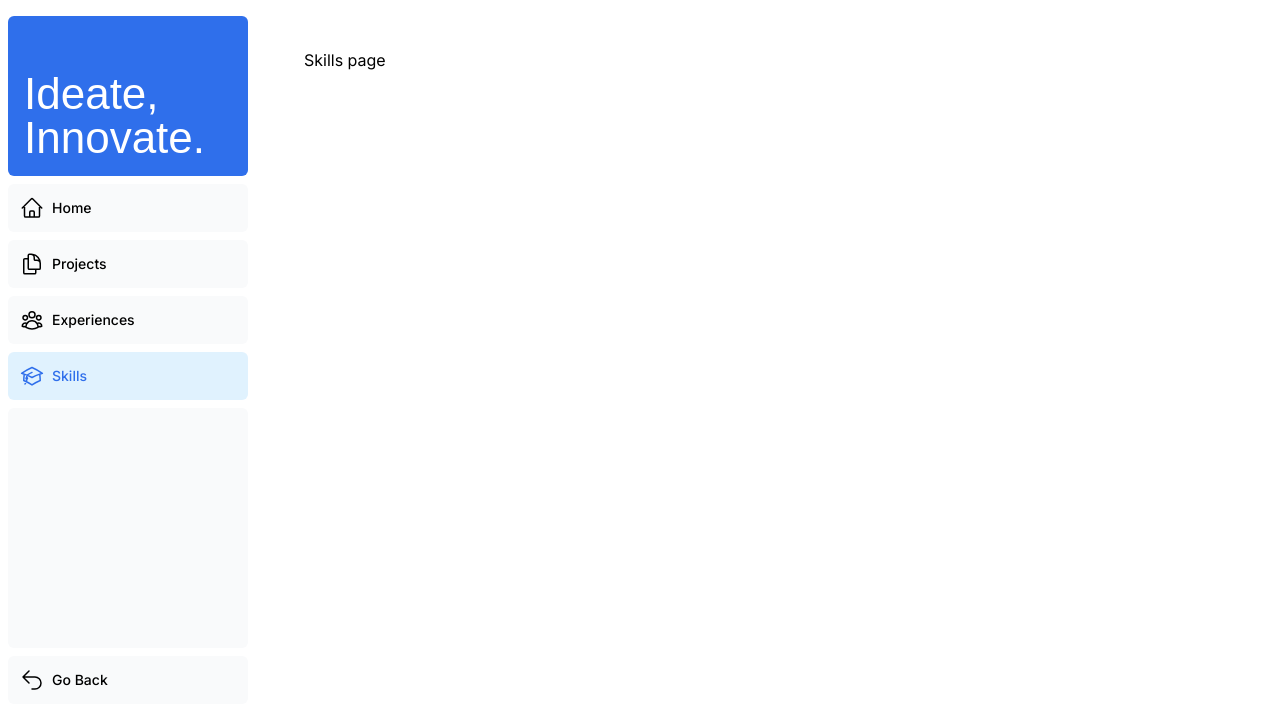
Repository: ThatGirlJam/jaime-portfolio
Page: /dashboard/skills
These files come from the project's save history. The page is drawn as it stood at one moment and after the next save; the edit follows.
The browser window is 1280 px wide. The pictures show the whole page.
Some web fonts or font styles are not loaded; a fallback is used. The project was rebuilt for these pictures with package versions that can differ from the ones it lists, and the page was loaded fresh each time. The framework's server and built-in components were replaced by stand-ins that run in the browser. Also part of the build but not shown: next.config.js.

Above is the page before, as saved 2024-04-09 23:15:41.

### app/dashboard/skills/page.tsx
export default function Page() {
  return <p>Skills page</p>;
}

### app/ui/fonts.ts
import { Inter } from 'next/font/google';
import { Lusitana } from 'next/font/google';

export const inter = Inter({ subsets: ['latin'] });

export const lusitana = Lusitana({
  weight: ['400', '700'],
  subsets: ['latin'],
});

### app/ui/dashboard/sidenav.tsx
import Link from 'next/link';
import NavLinks from '@/app/ui/dashboard/nav-links';
import BannerLogo from '@/app/ui/banner-logo';
import { ArrowUturnLeftIcon } from '@heroicons/react/24/outline';

export default function SideNav() {
  return (
    <div className="flex h-full flex-col px-3 py-4 md:px-2">
      <Link
        className="h-25 mb-2 flex items-end justify-start rounded-md bg-blue-600 p-4 md:h-40"
        href="/"
      >
        <div className="w-32 text-white md:w-40">
          <BannerLogo />
        </div>
      </Link>
      <div className="flex grow flex-row justify-between space-x-2 md:flex-col md:space-x-0 md:space-y-2">
        <NavLinks />
        <div className="hidden h-auto w-full grow rounded-md bg-gray-50 md:block"></div>
        <Link href="/">
          <button className="flex h-[48px] w-full grow items-center justify-center gap-2 rounded-md bg-gray-50 p-3 text-sm font-medium hover:bg-sky-100 hover:text-blue-600 md:flex-none md:justify-start md:p-2 md:px-3">
            <ArrowUturnLeftIcon className="w-6" />
            <div className="hidden md:block">Go Back</div>
          </button>
        </Link>
      </div>
    </div>
  );
}

### app/ui/dashboard/nav-links.tsx
'use client';

import {
  UserGroupIcon,
  HomeIcon,
  DocumentDuplicateIcon,
  AcademicCapIcon,
} from '@heroicons/react/24/outline';
import Link from 'next/link';
import { usePathname } from 'next/navigation';
import clsx from 'clsx';

// Map of links to display in the side navigation.
// Depending on the size of the application, this would be stored in a database.
const links = [
  { name: 'Home', href: '/dashboard', icon: HomeIcon },
  {
    name: 'Projects',
    href: '/dashboard/projects',
    icon: DocumentDuplicateIcon,
  },
  { name: 'Experiences', href: '/dashboard/experiences', icon: UserGroupIcon },
  { name: 'Skills', href: '/dashboard/skills', icon: AcademicCapIcon },
];

export default function NavLinks() {
  const pathname = usePathname();

  return (
    <>
      {links.map((link) => {
        const LinkIcon = link.icon;
        return (
          <Link
            key={link.name}
            href={link.href}
            //When the link.href aka link of the nav option matches the curr path name, turn blue to show user is on that page
            className={clsx(
              'flex h-[48px] grow items-center justify-center gap-2 rounded-md bg-gray-50 p-3 text-sm font-medium hover:bg-sky-100 hover:text-blue-600 md:flex-none md:justify-start md:p-2 md:px-3',
              {
                'bg-sky-100 text-blue-600': pathname === link.href,
              },
            )}
          >
            <LinkIcon className="w-6" />
            <p className="hidden md:block">{link.name}</p>
          </Link>
        );
      })}
    </>
  );
}

### app/ui/banner-logo.tsx
import { lusitana } from '@/app/ui/fonts';

export default function BannerLogo() {
  return (
    <div
      className={`${lusitana.className} flex flex-row items-center leading-none text-white`}
    >
      <p className="text-[44px]">Ideate, Innovate.</p>
    </div>
  );
}

Loaded but not shown: app/layout.tsx (common file); app/dashboard/layout.tsx (common file); app/ui/global.css (common file); tailwind.config.ts (common file)

After the next save:
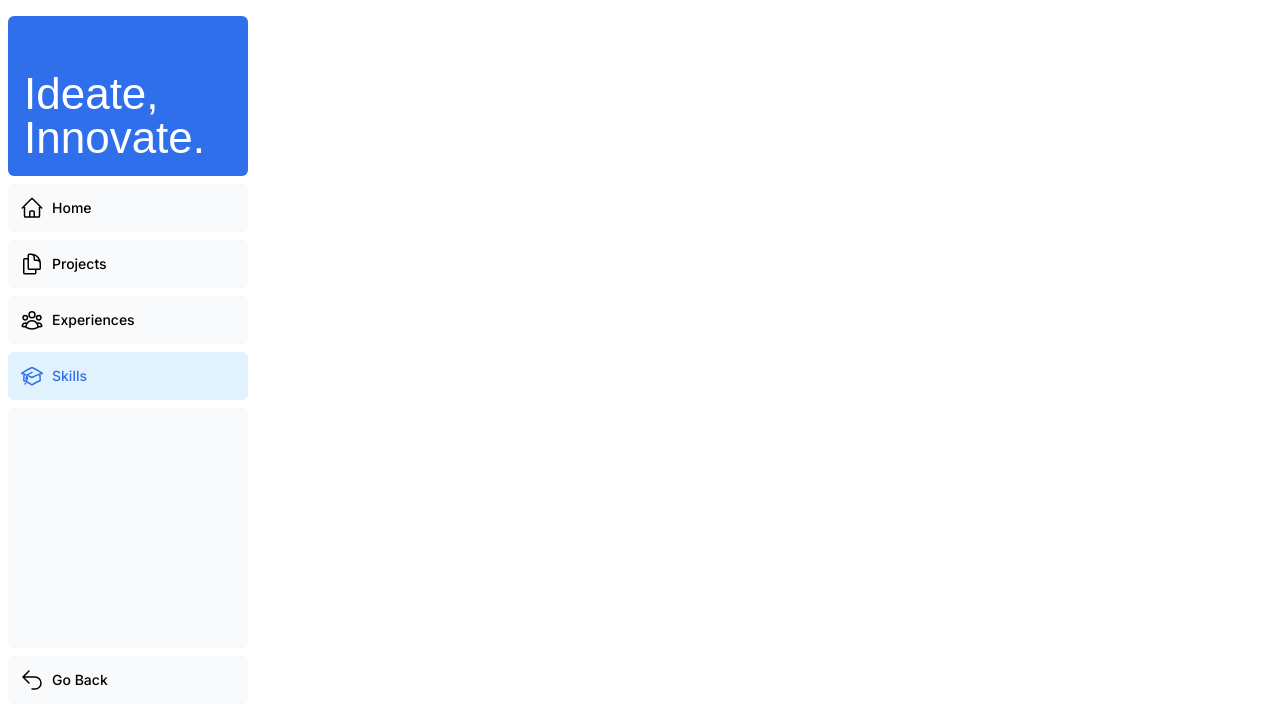
Saved 52 s later.
--- a/app/dashboard/skills/page.tsx
+++ b/app/dashboard/skills/page.tsx
@@ -1,3 +1,6 @@
 export default function Page() {
-  return <p>Skills page</p>;
+  return;
+  <div>
+    <p className="text-[44px]"> Web Development </p>
+  </div>;
 }
